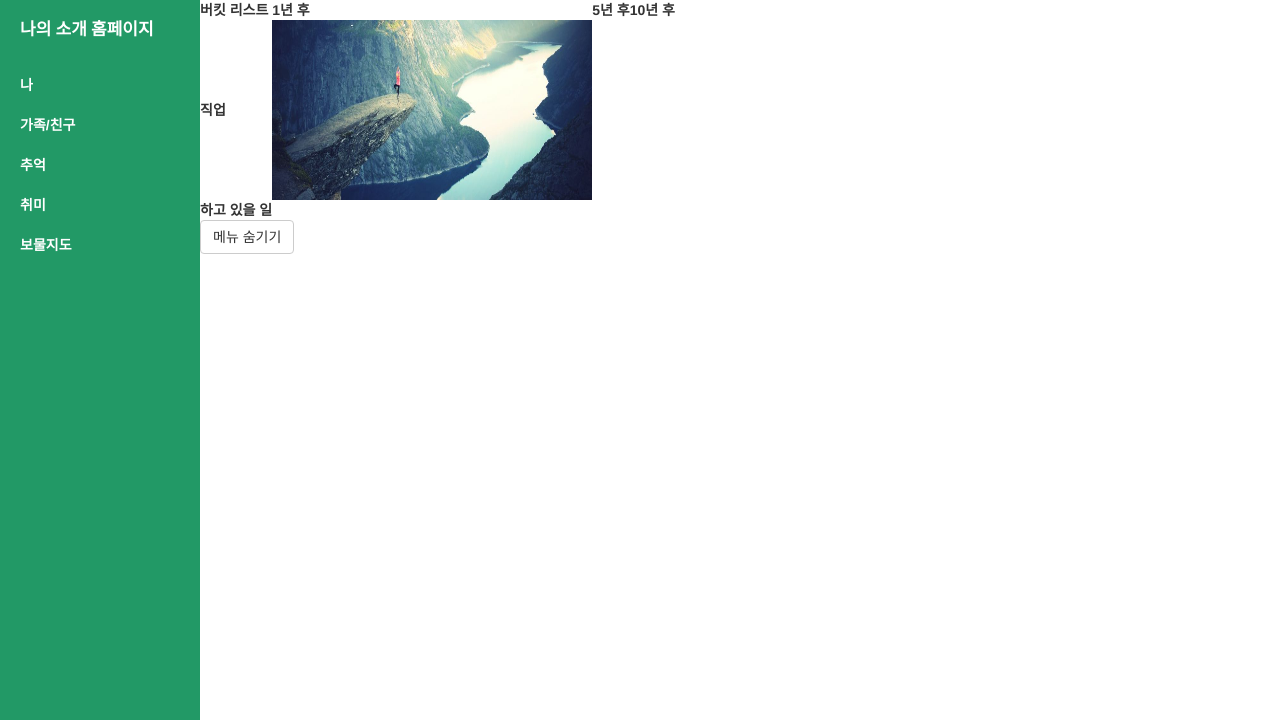
Repository: xlwindlx/HTML
Page: tresure.html
The author's editor kept a record of every edit. The page is drawn from the files as they stood at one moment, then again after the next edit.
The browser window is 1280 px wide. The pictures show the whole page.

Above is the page before.

### tresure.html
<!DOCTYPE HTML>
<html>
    <head>
        <meta charset="UTF-8">
        <title>보물지도</title>
        <link href="css/bootstrap.min.css" rel="stylesheet">
        <link href="css/simple-sidebar.css" rel="stylesheet">
        <script src="js/jquery.js"></script><!-- 메뉴 토글 기능-->
        <script src="js/bootstrap.min.js"></script>
    </head>
    <body>
        <div id="wrapper">
            <!-- 사이드바 -->
            <div id="sidebar-wrapper">
                <ul class="sidebar-nav"> <!-- 사이드바 메뉴 css -->
                    <li class="sidebar-brand"><a href="./main.html">나의 소개 홈페이지</a></li>
                    <li><a href = "./me.html">나</a></li>
                    <li><a href = "./friends.html">가족/친구</a></li>
                    <li><a href = "./memory.html">추억</a></li>
                    <li><a href = "./hobby.html">취미</a></li>
                    <li><a href = "./tresure.html">보물지도</a></li>
                </ul>
            </div>
        <table>
            <thead>
                <th>버킷 리스트</th>
                <th>1년 후</th>
                <th>5년 후</th>
                <th>10년 후</th>
            </thead>
            <tbody>
                <tr>
                    <th>직업</th>
                    <td><img src="img_fjords_wide.jpg" style="width:320px; height:180px;"></td>
                    <td></td>
                    <td></td>
                </tr>
                <tr>
                    <th>하고 있을 일</th>
                </tr>
            </tbody>
        </table>

        <a href="toggle_menu" class="btn btn-default" id="toggle_menu">메뉴 숨기기</a>
        </div>

        <!-- 메뉴 토글 버튼 -->
        <script>
        $("#toggle_menu").click(function(e)
        {
            e.preventDefault();
            $("#wrapper").toggleClass("toggled");
        });
        </script>
    </body>
</html>

### css/simple-sidebar.css
/*!
 * Start Bootstrap - Simple Sidebar (http://startbootstrap.com/)
 * Copyright 2013-2016 Start Bootstrap
 * Licensed under MIT (https://github.com/BlackrockDigital/startbootstrap/blob/gh-pages/LICENSE)
 */

 body {
    overflow-x: hidden;
 }

/* Toggle Styles */

#wrapper {
    padding-left: 0;
    -webkit-transition: all 0.5s ease;
    -moz-transition: all 0.5s ease;
    -o-transition: all 0.5s ease;
    transition: all 0.5s ease;
}

#wrapper.toggled {
    padding-left: 250px;
}

#sidebar-wrapper {
    z-index: 1000;
    position: fixed;
    left: 250px;
    width: 0;
    height: 100%;
    margin-left: -250px;
    overflow-y: auto;
    background: #000;
    -webkit-transition: all 0.5s ease;
    -moz-transition: all 0.5s ease;
    -o-transition: all 0.5s ease;
    transition: all 0.5s ease;
}

#wrapper.toggled #sidebar-wrapper {
    width: 250px;
}

#page-content-wrapper {
    width: 100%;
    position: absolute;
    padding: 15px;
}

#wrapper.toggled #page-content-wrapper {
    position: absolute;
    margin-right: -250px;
}

/* Sidebar Styles */
/* 사이드 바 배경 */
.sidebar-nav {
    position: absolute;
    top: 0;
    width: 200px;
    margin: 0;
    padding: 0;
    list-style: none;

}

.sidebar-nav li {
    text-indent: 20px;
    line-height: 40px;
}
/* 하위 메뉴 타이틀 */
.sidebar-nav li a {
    display: block;
    text-decoration: none;
    color: #FFFFFF;
    font-weight: bold;
}

.sidebar-nav li a:hover {
    text-decoration: none;
    color: #fff;
    background: rgba(255,255,255,0.2);
}

.sidebar-nav li a:active,
.sidebar-nav li a:focus {
    text-decoration: none;
}
/*사이드바 타이틀 */
.sidebar-nav > .sidebar-brand {
    height: 65px;
    font-size: 17px;
    line-height: 60px;
    font-family: fantasy;
}

 /* 타이틀 글씨 */
.sidebar-nav > .sidebar-brand a {
    color: #6FF3FF;
    font-weight: bold;
}

.sidebar-nav > .sidebar-brand a:hover {
    color: #fff;
    background: none;
}

@media(min-width:768px) {
    /* 토글 메뉴버튼 */
    #wrapper {
        padding-left: 200px;
    }

    #wrapper.toggled {
        padding-left: 0;
    }
    /* 사이드바 전체 배경 */
    #sidebar-wrapper {
        width: 200px;
        background-color: #229966;
    }

    #wrapper.toggled #sidebar-wrapper {
        width: 0;
    }

    #page-content-wrapper {
        padding: 20px;
        position: relative;
    }

    #wrapper.toggled #page-content-wrapper {
        position: relative;
        margin-right: 0;
    }
}

Loaded but not shown: css/bootstrap.min.css (library); js/jquery.js (library); js/bootstrap.min.js (library)

After the next edit:
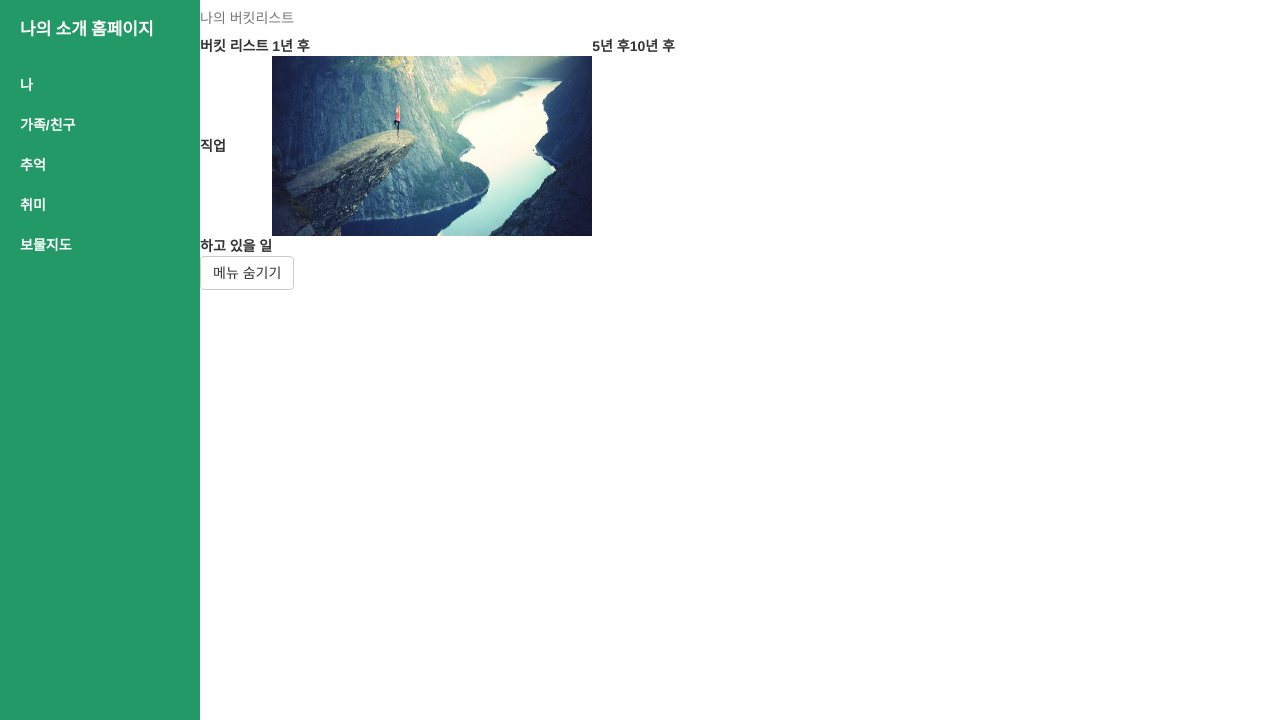
The edit:
--- a/tresure.html
+++ b/tresure.html
@@ -22,6 +22,7 @@
                 </ul>
             </div>
         <table>
+            <caption>나의 버킷리스트</caption>
             <thead>
                 <th>버킷 리스트</th>
                 <th>1년 후</th>
